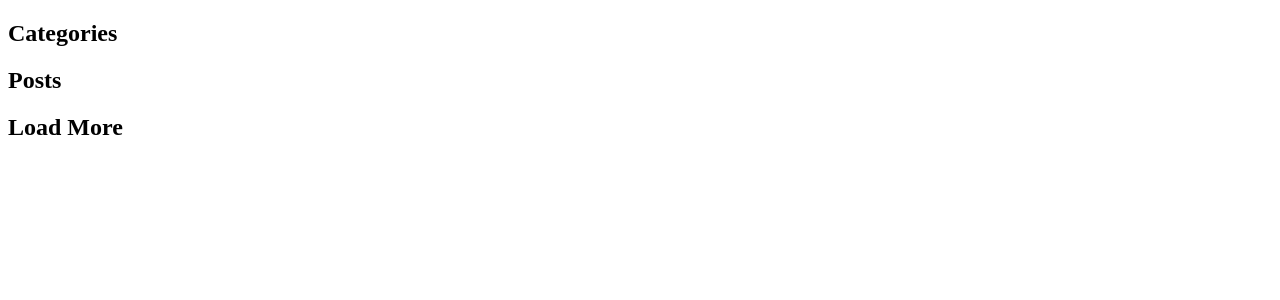
Repository: MikeeBuilds/flexxible
Page: /
An editor plug-in stored every save of this project. The page is shown before and after the next save, followed by the edit.
The browser window is 1280 px wide. The pictures show the whole page.
The project was rebuilt for these pictures with package versions that can differ from the ones it lists, and the page was loaded fresh each time. The framework's server and built-in components were replaced by stand-ins that run in the browser. Also part of the build but not shown: next.config.js.

Above is the page before, as saved 2023-06-24 16:14:48.

### app/layout.tsx
export const metadata = {
  title: 'Flexxible',
  description: 'Showcase and discover remarkable developer projects',
}

export default function RootLayout({
  children,
}: {
  children: React.ReactNode
}) {
  return (
    <html lang="en">
      <body>

        {children}
      </body>
    </html>
  )
}

### app/page.tsx
const home = () => {
    return (
        <section className="flex-start flex-col paddings mb-16">
            <h1>
                Categories
            </h1>

            <h1>
                Posts
            </h1>

            <h1>
                Load More
            </h1>
        </section>
    )
}


export default home

After the next save:
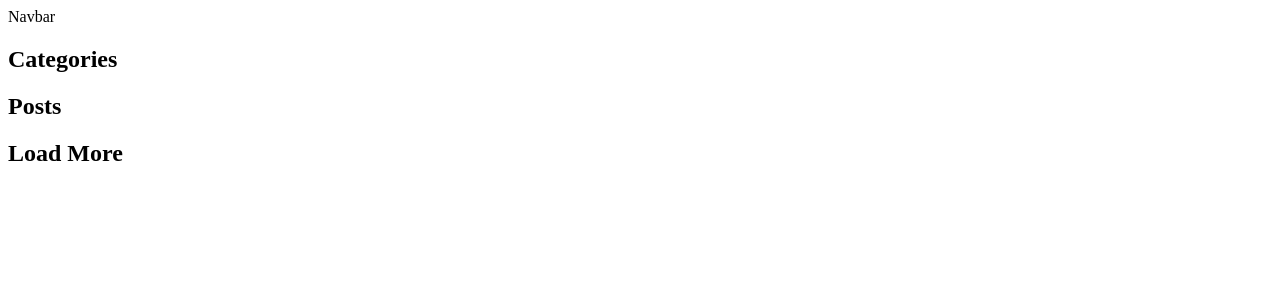
Saved 4 s later.
--- a/app/layout.tsx
+++ b/app/layout.tsx
@@ -11,7 +11,7 @@ export default function RootLayout({
   return (
     <html lang="en">
       <body>
-
+        Navbar
         {children}
       </body>
     </html>
